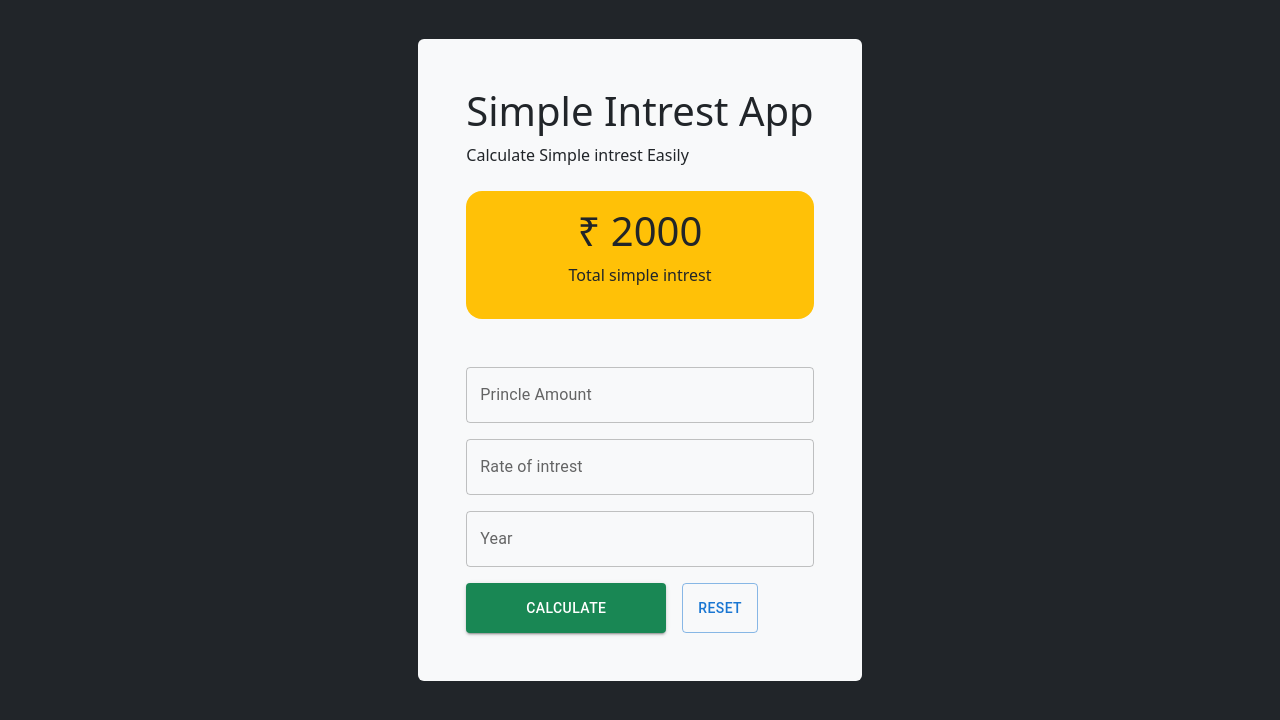
Repository: Afraz13/simple-intrest
Page: /
An editor plug-in stored every save of this project. The page is shown before and after the next save, followed by the edit.
The browser window is 1280 px wide. The pictures show the whole page.
The project was rebuilt for these pictures with package versions that can differ from the ones it lists, and the page was loaded fresh each time. Also part of the build but not shown: src/index.css, src/App.css.

Above is the page before, as saved 2024-07-15 20:52:12.

### public/index.html
<!DOCTYPE html>
<html lang="en">
  <head>
    <meta charset="utf-8" />

    <meta name="viewport" content="width=device-width, initial-scale=1" />
    <link href="https://cdn.jsdelivr.net/npm/bootstrap@5.3.3/dist/css/bootstrap.min.css" rel="stylesheet" integrity="sha384-QWTKZyjpPEjISv5WaRU9OFeRpok6YctnYmDr5pNlyT2bRjXh0JMhjY6hW+ALEwIH" crossorigin="anonymous">

    <title>Simple Intrest</title>
  </head>
  <body>

    <div id="root"></div>

  </body>
</html>

### src/App.js

import './App.css';
import { TextField } from '@mui/material';
import Stack from '@mui/material/Stack';
import { Button } from '@mui/material';


function App() {
  return (
    <div style={{height:'100vh'}} className='d-flex justify-content-center align-items-center w-100 bg-dark'>
    <div className='bg-light p-5 rounded'>
    <h1>Simple Intrest App</h1>
    <p>Calculate Simple intrest Easily</p>
    <div className='bg-warning d-flex justify-content-center align-items-center p-3 flex-column rounded-4 mt-4 '>
      <h1>₹ 2000</h1>
      <p>Total simple intrest</p>
    </div>
    <form action="" className='mt-5'>
     <div className='mb-3'>
     <TextField className='w-100' id="outlined-basic" label="Princle Amount" variant="outlined" />
     </div>
     <div className='mb-3'>
     <TextField className='w-100' id="outlined-basic" label="Rate of intrest" variant="outlined" />
     </div>
     <div className='mb-3'>
     <TextField className='w-100' id="outlined-basic" label="Year" variant="outlined" />
     </div>
     <Stack direction="row" spacing={2}>
     <Button className='bg-success' style={{width:'200px',height:'50px'}} variant="contained">Calculate</Button>
     <Button variant="outlined">Reset</Button>
</Stack>
    </form>
    </div>
    </div>
  );
}

export default App;

Loaded but not shown: src/index.js (common file)

After the next save:
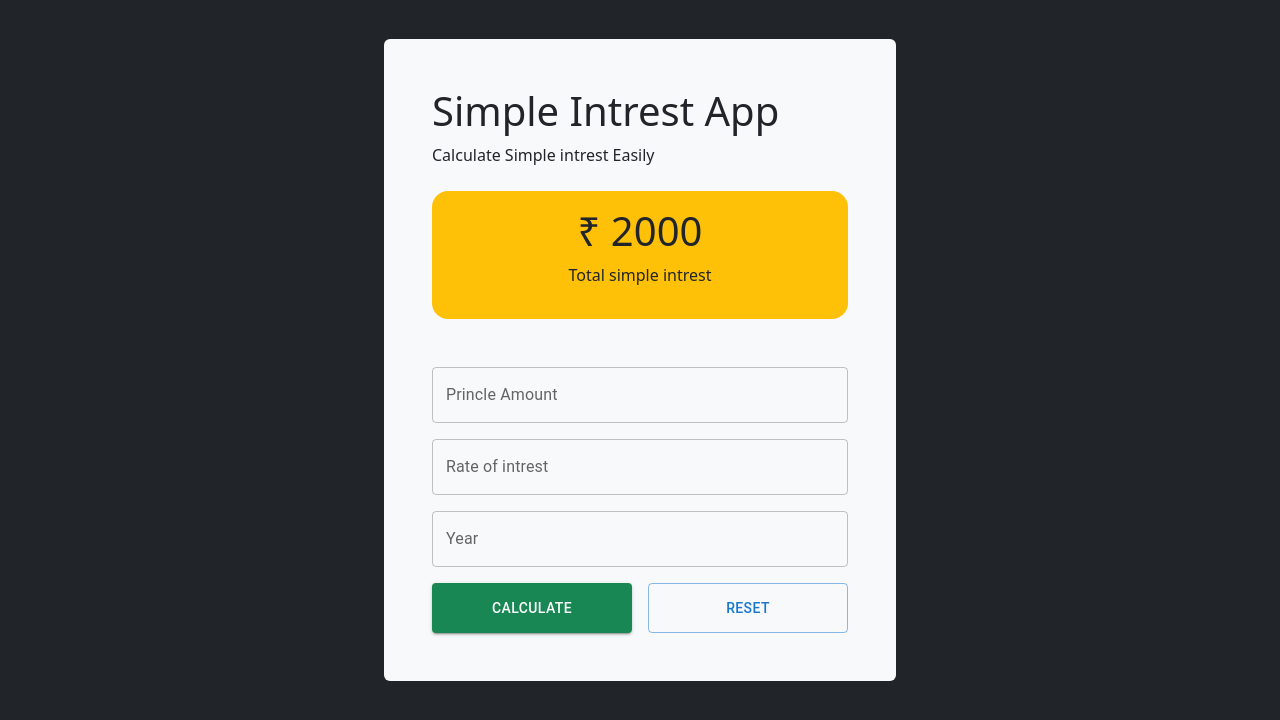
Saved 10 s later.
--- a/src/App.js
+++ b/src/App.js
@@ -27,7 +27,7 @@ function App() {
      </div>
      <Stack direction="row" spacing={2}>
      <Button className='bg-success' style={{width:'200px',height:'50px'}} variant="contained">Calculate</Button>
-     <Button variant="outlined">Reset</Button>
+     <Button variant="outlined" style={{width:'200px',height:'50px'}}>Reset</Button>
 </Stack>
     </form>
     </div>
